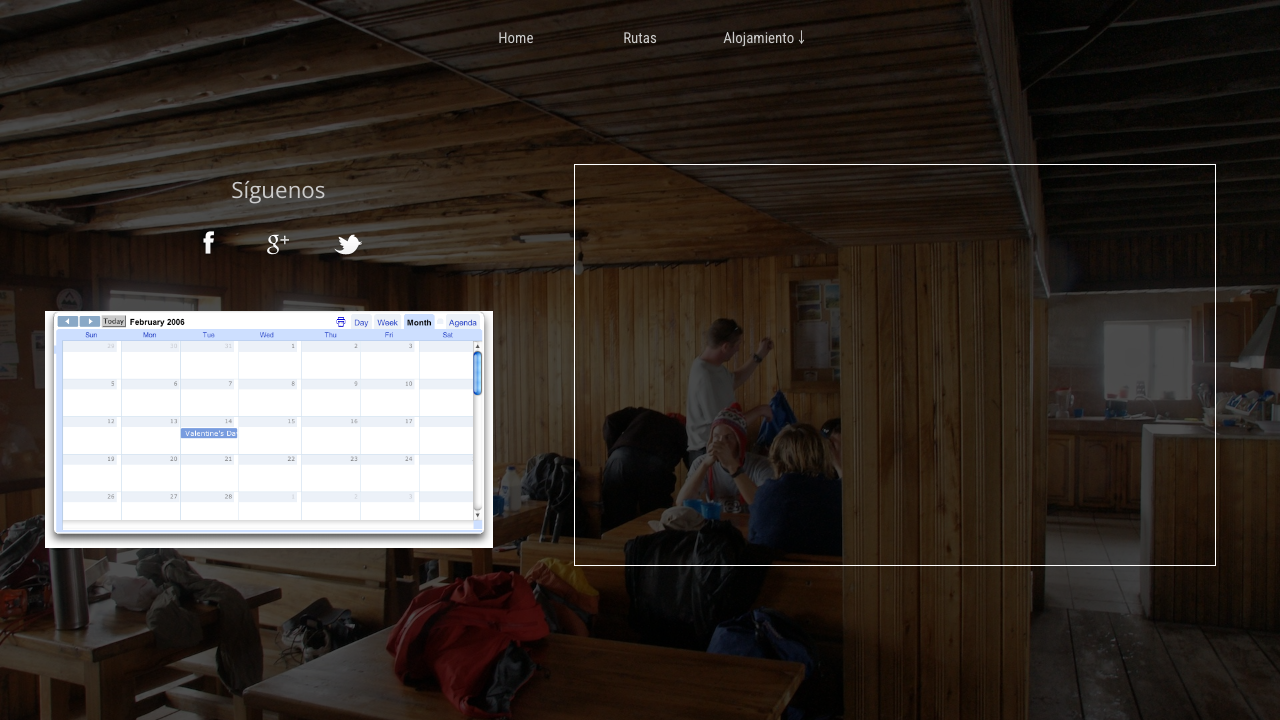
Repository: Croqueta-OPS/proyecto-pyrenees
Page: alojamiento.html
The author's editor kept a record of every edit. The page is drawn from the files as they stood at one moment, then again after the next edit.
The browser window is 1280 px wide. The pictures show the whole page.

Above is the page before.

After the next edit:
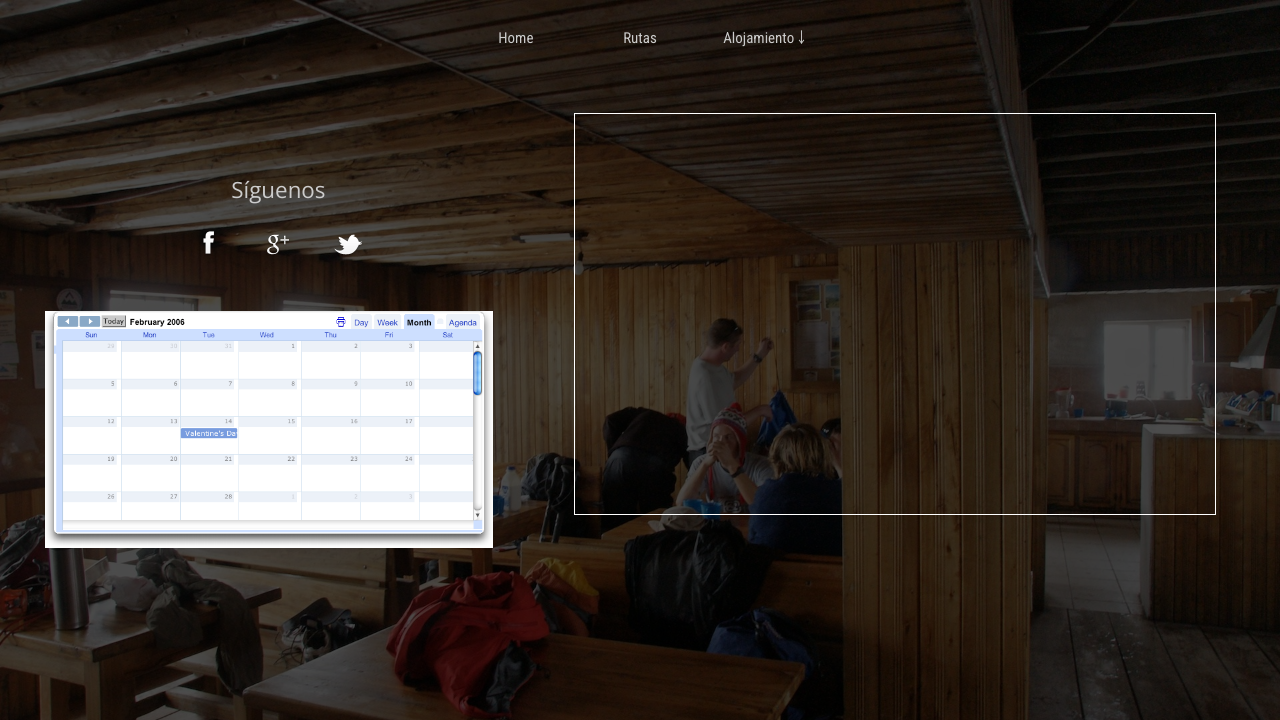
The edit:
--- a/css/camping.css
+++ b/css/camping.css
@@ -44,7 +44,7 @@
 }
 
 .rightContainer {
-    margin-top: 5%;
+    margin-top: 1%;
     width: 50%;
     float: right;
     margin-right: 5%;
